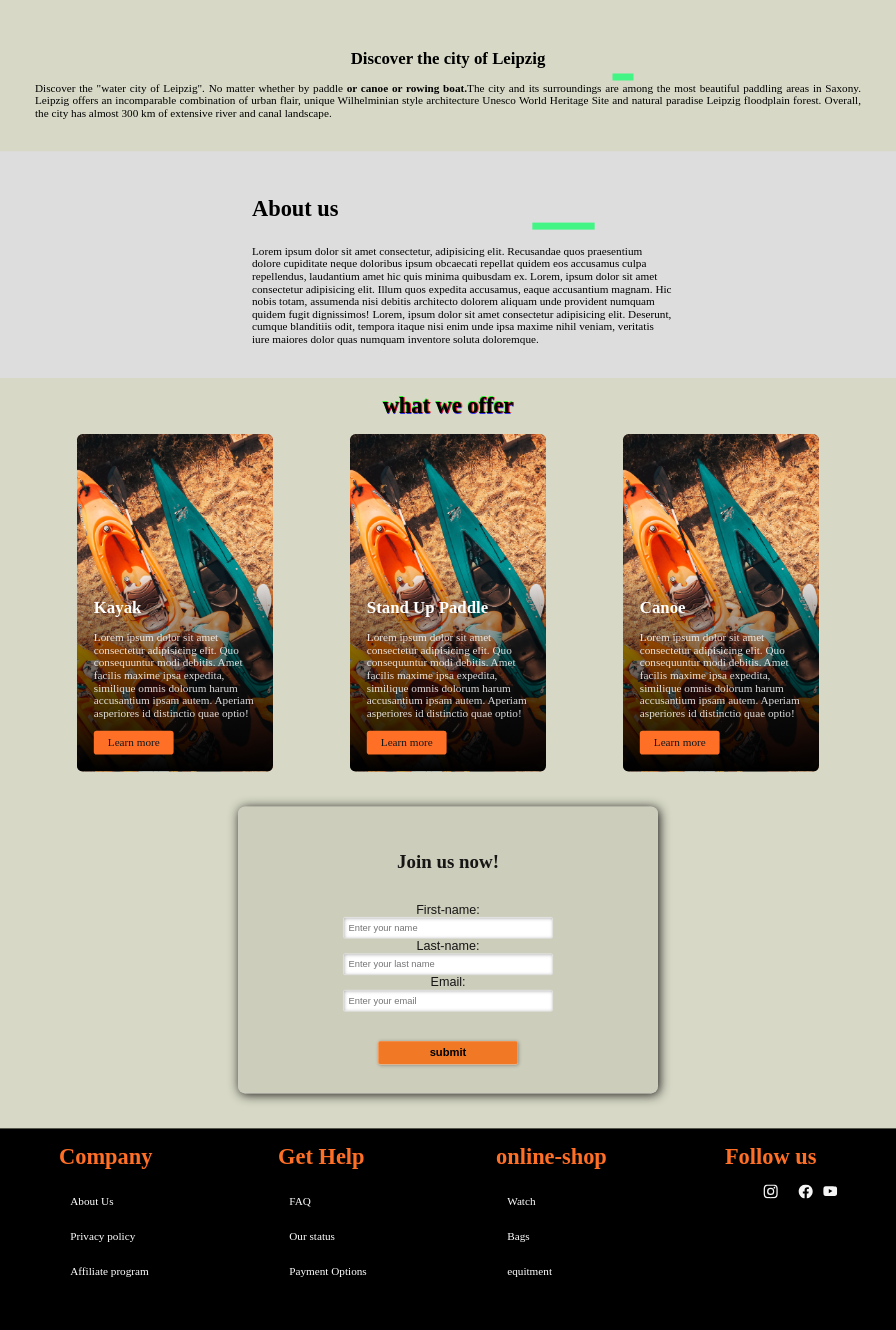
Repository: joseluis2289/Responsive-club-website
Page: index.html
These files come from the project's save history. The page is drawn as it stood at one moment and after the next save; the edit follows.
The browser window is 1280 px wide. The pictures show the part of the page from y = 770 to 2670 px (the page is 2671 px tall), at 70% of full size.
Some web fonts or font styles are not loaded; a fallback is used.

Above is the page before, as saved 2021-08-25 10:22:04.

### index.html
<!DOCTYPE html>
<html lang="en">
<head>
    <meta charset="UTF-8">
    <meta http-equiv="X-UA-Compatible" content="IE=edge">
    <meta name="viewport" content="width=device-width, initial-scale=1.0">
    <link rel="stylesheet" href="style.css">
    <link rel="preconnect" href="https://fonts.googleapis.com">
<link rel="preconnect" href="https://fonts.gstatic.com" crossorigin>
<link href="https://fonts.googleapis.com/css2?family=Rampart+One&display=swap" rel="stylesheet">
    <script src="script.js" defer></script>
    <title>Responsive-Club-website</title>
</head>
<body>

    <nav class="navbar">
        <!-- hamburger toggle -->
        <div class="brand-title">kayaklub</div>
        <a href="#" class="toggle-button">
            <span class="bar"></span>
            <span class="bar"></span>
            <span class="bar"></span>
        </a>

        <div class="nav-links">
            <ul>
                <li><a href="#">Home</a></li>
                <li><a href="#">About</a></li>
                <li><a href="#">Contact</a></li>
            </ul>
        </div>
    </nav>
<div class="banner"></div>

<section class="welcome">
    <h1 class="discover-title">Discover the city of Leipzig</h1>
    <p class="p-discover">Discover the "water city of Leipzig". No matter whether by paddle <strong>or canoe or rowing boat.</strong>The city and its surroundings are among the most beautiful paddling areas in Saxony. Leipzig offers an incomparable combination of urban flair, unique Wilhelminian style architecture Unesco World Heritage Site and natural paradise Leipzig floodplain forest. Overall, the city has almost 300 km of extensive river and canal landscape.</p>

</section>

<!-- about us section -->
<div class="grid-container-about">
    <div class="logo"></div>
    <!-- <img class="grid-item-img" src="./Cosmetics Discount Sale Landscape Banner.png" alt="about"> -->
    <div class="grid-item-text"><h1><a class="aboutUs-title" href="#">About us</a></h1><p class="aboutUs-text"> Lorem ipsum dolor sit amet consectetur, adipisicing elit. Recusandae quos praesentium dolore cupiditate neque doloribus ipsum obcaecati repellat quidem eos accusamus culpa repellendus, laudantium amet hic quis minima quibusdam ex. Lorem, ipsum dolor sit amet consectetur adipisicing elit. Illum quos expedita accusamus, eaque accusantium magnam. Hic nobis totam, assumenda nisi debitis architecto dolorem aliquam unde provident numquam quidem fugit dignissimos! Lorem, ipsum dolor sit amet consectetur adipisicing elit. Deserunt, cumque blanditiis odit, tempora itaque nisi enim unde ipsa maxime nihil veniam, veritatis iure maiores dolor quas numquam inventore soluta doloremque.</p></div>
</div>



<h1 class="tittle-what-we-offer">what we offer</h1>
<div class="card-container">
    <div class="card">
        <div class="card-content">
        <h2 class="card-title">Kayak</h2>
        <p class="card-body">Lorem ipsum dolor sit amet consectetur adipisicing elit. Quo consequuntur modi debitis. Amet facilis maxime ipsa expedita, similique omnis dolorum harum accusantium ipsam autem. Aperiam asperiores id distinctio quae optio!</p>
        <a href="#" class="button">Learn more</a>
    </div>
    </div>

    <div class="card">
        <div class="card-content">
        <h2 class="card-title"> Stand Up Paddle</h2>
        <p class="card-body">Lorem ipsum dolor sit amet consectetur adipisicing elit. Quo consequuntur modi debitis. Amet facilis maxime ipsa expedita, similique omnis dolorum harum accusantium ipsam autem. Aperiam asperiores id distinctio quae optio!</p>
        <a href="#" class="button">Learn more</a>
    </div>
    </div>


    <div class="card">
        <div class="card-content">
        <h2 class="card-title">Canoe</h2>
        <p class="card-body">Lorem ipsum dolor sit amet consectetur adipisicing elit. Quo consequuntur modi debitis. Amet facilis maxime ipsa expedita, similique omnis dolorum harum accusantium ipsam autem. Aperiam asperiores id distinctio quae optio!</p>
        <a href="#" class="button">Learn more</a>
    </div>
    </div>

</div>

<section class="register">
    <form id="register" action="#">
        <h2 class="register-title">Join us now!</h2>
        <label for="first-name">First-name:</label>
        <br/>
        <input type="text" name="first-name" id='name' placeholder="Enter your name">
        <br/>
        <label for="last-name">Last-name:</label>
        <br/>
        <input type="text" name="last-name" id="name" placeholder="Enter your last name">
        <br/>
        <label for="email">Email:</label>
        <br/>
        <input type="text" name="email" id="name" placeholder="Enter your email">
        <br/>&nbsp;
        <br/> <br/>
    <input type="submit" value="submit" name="submit" id="submit">
    </form>
</section>

<footer class="footer">
    <div class="footer-sections">
        <div class="company">
            <ul>
                <h1 class="company-title">Company</h1>
                <li><a href="#">About Us</a></li>
                <li><a href="#">Privacy policy</a></li>
                <li><a href="#">Affiliate program</a></li>
            </ul>
        </div>
        <div class="get-help">
            <h1 class="help-title">Get Help</h1>
            <ul>
                <li><a href="#">FAQ</a></li>
                <li><a href="#">Our status</a></li>
                <li><a href="#">Payment Options</a></li>
            </ul>
        </div>
        <div class="online-shop">
            <h1 class="shop-title">online-shop</h1>
            <ul >
                <li><a href="#">Watch</a></li>
                <li><a href="#">Bags</a></li>
                <li><a href="#">equitment</a></li>
            </ul>
        </div>
        <div class="follow-us">
            <h1 class="followUs-title">Follow us</h1>
            <ul class="follow-us-list">

              <li><svg xmlns="http://www.w3.org/2000/svg" width="50" height="20" fill="currentColor" class="bi bi-instagram" viewBox="0 0 16 16">
                <path d="M8 0C5.829 0 5.556.01 4.703.048 3.85.088 3.269.222 2.76.42a3.917 3.917 0 0 0-1.417.923A3.927 3.927 0 0 0 .42 2.76C.222 3.268.087 3.85.048 4.7.01 5.555 0 5.827 0 8.001c0 2.172.01 2.444.048 3.297.04.852.174 1.433.372 1.942.205.526.478.972.923 1.417.444.445.89.719 1.416.923.51.198 1.09.333 1.942.372C5.555 15.99 5.827 16 8 16s2.444-.01 3.298-.048c.851-.04 1.434-.174 1.943-.372a3.916 3.916 0 0 0 1.416-.923c.445-.445.718-.891.923-1.417.197-.509.332-1.09.372-1.942C15.99 10.445 16 10.173 16 8s-.01-2.445-.048-3.299c-.04-.851-.175-1.433-.372-1.941a3.926 3.926 0 0 0-.923-1.417A3.911 3.911 0 0 0 13.24.42c-.51-.198-1.092-.333-1.943-.372C10.443.01 10.172 0 7.998 0h.003zm-.717 1.442h.718c2.136 0 2.389.007 3.232.046.78.035 1.204.166 1.486.275.373.145.64.319.92.599.28.28.453.546.598.92.11.281.24.705.275 1.485.039.843.047 1.096.047 3.231s-.008 2.389-.047 3.232c-.035.78-.166 1.203-.275 1.485a2.47 2.47 0 0 1-.599.919c-.28.28-.546.453-.92.598-.28.11-.704.24-1.485.276-.843.038-1.096.047-3.232.047s-2.39-.009-3.233-.047c-.78-.036-1.203-.166-1.485-.276a2.478 2.478 0 0 1-.92-.598 2.48 2.48 0 0 1-.6-.92c-.109-.281-.24-.705-.275-1.485-.038-.843-.046-1.096-.046-3.233 0-2.136.008-2.388.046-3.231.036-.78.166-1.204.276-1.486.145-.373.319-.64.599-.92.28-.28.546-.453.92-.598.282-.11.705-.24 1.485-.276.738-.034 1.024-.044 2.515-.045v.002zm4.988 1.328a.96.96 0 1 0 0 1.92.96.96 0 0 0 0-1.92zm-4.27 1.122a4.109 4.109 0 1 0 0 8.217 4.109 4.109 0 0 0 0-8.217zm0 1.441a2.667 2.667 0 1 1 0 5.334 2.667 2.667 0 0 1 0-5.334z"/>
              </svg></li>
              <li>

                  <svg xmlns="http://www.w3.org/2000/svg" width="50" height="20" fill="currentColor" class="bi bi-facebook" viewBox="0 0 16 16">
                    <path d="M16 8.049c0-4.446-3.582-8.05-8-8.05C3.58 0-.002 3.603-.002 8.05c0 4.017 2.926 7.347 6.75 7.951v-5.625h-2.03V8.05H6.75V6.275c0-2.017 1.195-3.131 3.022-3.131.876 0 1.791.157 1.791.157v1.98h-1.009c-.993 0-1.303.621-1.303 1.258v1.51h2.218l-.354 2.326H9.25V16c3.824-.604 6.75-3.934 6.75-7.951z"/>
                  </svg>
              </li>
              <li>

                  <svg xmlns="http://www.w3.org/2000/svg" width="20" height="20" fill="currentColor" class="bi bi-youtube" viewBox="0 0 16 16">
                    <path d="M8.051 1.999h.089c.822.003 4.987.033 6.11.335a2.01 2.01 0 0 1 1.415 1.42c.101.38.172.883.22 1.402l.01.104.022.26.008.104c.065.914.073 1.77.074 1.957v.075c-.001.194-.01 1.108-.082 2.06l-.008.105-.009.104c-.05.572-.124 1.14-.235 1.558a2.007 2.007 0 0 1-1.415 1.42c-1.16.312-5.569.334-6.18.335h-.142c-.309 0-1.587-.006-2.927-.052l-.17-.006-.087-.004-.171-.007-.171-.007c-1.11-.049-2.167-.128-2.654-.26a2.007 2.007 0 0 1-1.415-1.419c-.111-.417-.185-.986-.235-1.558L.09 9.82l-.008-.104A31.4 31.4 0 0 1 0 7.68v-.123c.002-.215.01-.958.064-1.778l.007-.103.003-.052.008-.104.022-.26.01-.104c.048-.519.119-1.023.22-1.402a2.007 2.007 0 0 1 1.415-1.42c.487-.13 1.544-.21 2.654-.26l.17-.007.172-.006.086-.003.171-.007A99.788 99.788 0 0 1 7.858 2h.193zM6.4 5.209v4.818l4.157-2.408L6.4 5.209z"/>
                  </svg>
              </li>
            </ul>
        </div>
    </div>
</footer>
</body>
</html>

### style.css
:root{
    --clr-neutral-900: hsl(207,19%,9%);
    --crl-neutral-100: hsl(0,0%,100%);
    --crl-accent-400: hsl(142, 90%, 61%);
    --crl-accent-300: hsl(20.18, 100%, 57.45%);

}

*,
*::before,
*::after {
    box-sizing: border-box;
}


*{
    box-sizing: border-box;
}

body{
    margin: 0;
    border: 0;
    background-color:#D7D9C6;
}

.navbar{
    display: flex;
    justify-content: space-between;
    align-items: center;
    background-color: #333;
    color: white;
    font-family: 'Poppins', sans-serif;

}

.brand-title{
    font-size: 1.6rem;
    margin: .5rem;
    text-transform: uppercase;
    letter-spacing: 4px;
    -webkit-box-shadow: 0 10px 6px -6px rgb(80, 73, 73);
    -moz-box-shadow:0 10px 6px -6px rgb(114, 110, 110);
    box-shadow: 0 10px 6px -6px rgb(136, 133, 133);
    border-radius:10px;
}

.nav-links ul {
    margin: 0;
    padding: 0;
    display: flex;
}
.nav-links li {
    list-style: none;
}

.nav-links li a {
    text-decoration: none;
    color: white;
    padding: 1rem;
    display: block;
}
.nav-links li:hover{
    background-color:#555;
}

.toggle-button {
    position: absolute;
    top: .75rem;
    right: 1rem;
    display: none;
    flex-direction: column;
    justify-content: space-between;
    width: 30px;
    height: 22px;
}

.toggle-button .bar {
    height: 3px;
    width: 100%;
    background-color: white;
    border-radius: 10px;
}

.banner{
    background-image: url("/Cosmetics\ Discount\ Sale\ Landscape\ Banner.png");
    background-repeat: no-repeat;
    background-position: cover;
    background-size: 100% 100vh;
    height: 100vh;
}

/* discover the city of Leipzig */
.welcome{
    text-align: center;
    height: 30vh;
    width:auto;
    margin: auto;
    padding: 50px;

}
.p-discover{
    text-align: justify;
    text-justify: inter-word;



}
.discover-title{
    display: block;
    position: relative;
    cursor: pointer;
    font-family: 'Rampart One', cursive;
}
.discover-title::after{
    content:"";
    position: absolute;
    left: 690px;
    background: var(--crl-accent-400);
    display: block;
    border: 0;
    margin: 0.5rem 0;
    width:300px;
    height: 10px;
    transform: scaleX(0.1);
    transition: transform 0.4s ease;

}

.discover-title:hover:after,
.discover-title:active:after{
    transform: scaleX(1);
    transform-origin: left;
    transition: transform 0.5s ease;
}


.grid-container-about{
    background-color: #ddd;
    display: grid;
    grid-template-columns: auto auto;
    padding: 30px;
    column-gap: 40px;

}
.grid-item-img{
    margin: 0 0 0 auto;
    width: 500px;
    height: 40vh;
    border-radius:10px;

}
.aboutUs-text{
    width: 600px;
}

/* about us  */

.aboutUs-title{
    font-family: 'Rampart One', cursive;
color: #000;
text-decoration: none;
border: 0;
margin: 0.5rem 0;
line-height: 1.9;
display: block;
position: relative;
}

.aboutUs-title:after{
    position: absolute;
    content: "";
    background: var(--crl-accent-400);
    display: block;
    left:0;
    bottom:0;
    line-height: 1.4;
    width:100%;
    height: 10px;
    transform: scaleX(0.1);
    transition: transform 0.4s ease;

}

.aboutUs-title:hover:after,
.aboutUs-title:active:after{
    transform: scaleX(1);
    transform-origin: left bottom;
    transition: transform 0.5s ease;
}


/* what we offer cards */
/* .tittle-what-we-offer{
    color: #000;
text-decoration: none;
border: 0;
margin: 2rem 0;
line-height: 1.9;
display: block;
position: relative;
}
.tittle-what-we-offer::after{
    position: absolute;
    content: "";
    background: var(--crl-accent-400);
    display: block;
    left:800px;
    bottom:0;
    line-height: 1.4;
    width:200px;
    height: 10px;
    transform: scaleX(0.5);
    transition: transform 0.4s ease;
}
.tittle-what-we-offer:hover:after,
.tittle-what-we-offer:active:after{
    transform: scaleX(1);
    transform-origin: left bottom;
    transition: transform 0.5s ease;
} */


.tittle-what-we-offer {
    text-align: center;
     font-family: 'Rampart One', cursive;
    font-size: 2rem;
    /* text-transform: uppercase; */

    text-shadow: 0.05em 0 0 rgba(255, 0,0, 0.75),
    -0.025em -0.05em 0 rgba(0, 255, 0, 0.75),
    0.025em 0.05em 0 rgba(0, 0, 255, 0.75);
    animation: glitch 2500ms infinite;
}

@keyframes glitch {
    0%{
        text-shadow: 0.05em 0 0 rgba(255, 0,0, 0.75),
        -0.025em -0.05em 0 rgba(0, 255, 0, 0.75),
        0.025em 0.05em 0 rgba(0, 0, 255, 0.75);
    }
    15%{
        text-shadow: 0.05em 0 0 rgba(255, 0,0, 0.75),
        -0.025em -0.05em 0 rgba(0, 255, 0, 0.75),
        0.025em 0.05em 0 rgba(0, 0, 255, 0.75);
    }

    49%{
        /* text-shadow: -0.05em -0.025 rgba(255, 0,0, 0.75),
        0.025em 0.05em 0 rgba(0, 255, 0, 0.75),
        -0.025em -0.05em 0 rgba(0, 0, 255, 0.75); */
        text-shadow: 0.05em 0 0 rgba(255, 0,0, 0.75),
        -0.025em -0.05em 0 rgba(0, 255, 0, 0.75),
        0.025em 0.05em 0 rgba(0, 0, 255, 0.75);
    }
    50%{
        /* text-shadow: 0.025em 0.05em 0 rgba(255, 0,0, 0.75),
        0.05em 0 0 rgba(0, 255, 0, 0.75),
        0 -0.05em 0 rgba(0, 0, 255, 0.75); */
        text-shadow: 0.05em 0 0 rgba(255, 0,0, 0.75),
        -0.025em -0.05em 0 rgba(0, 255, 0, 0.75),
        0.025em 0.05em 0 rgba(0, 0, 255, 0.75);
    }
    99%{
        text-shadow: 0.025em 0.05em 0 rgba(255, 0,0, 0.75),
        0.05em 0 0 rgba(0, 255, 0, 0.75),
        0 -0.05em 0 rgba(0, 0, 255, 0.75);
    }
    100%{
        text-shadow: 0.05em 0 0 rgba(255, 0,0, 0.75),
        -0.025em -0.05em 0 rgba(0, 255, 0, 0.75),
        0.025em 0.05em 0 rgba(0, 0, 255, 0.75);
    }
}

.card-container{
    display: flex;
    justify-content: space-evenly;
    width: 100%;

}

.card{

    color: var(--crl-neutral-100);
    background-image: url(./we-offer.jpg);
    background-size: cover;
    padding: 12rem 0 0;
    /* ch is 35 character wide */
    max-width: 35ch;
    border-radius: 0.5rem;
    overflow: hidden;
    transition: transform 500ms ease;

}

.card:hover{
    transform: scale(1.05);
}



.card-content{
    /* this variable only exist within the card content */
    --padding: 1.5rem;
    padding: var(--padding);
    /* here im appying some saturation and opacity of the backgroud card in order to kind of fade it out */
    background: linear-gradient(
        hsl(0 0% 0% / 0),
        hsl(0 0% 0% / 0.3) 20%,
        hsl(0 0% 0% / 1)
    );
}

.card-title{
    position: relative;
    /* max-content it line up the with of the title */
    width: max-content;


}

.card-title::after{
    content:"";
    position: absolute;
    height: 4px;
    /* here I'm moving the green bar to the left in order to animate */
    left: calc(var(--padding) * -1 );
    bottom: 0;
    width: calc(100% + var(--padding));
    background: var(--crl-accent-400);
    /* here I'm animating the green bar from left to right */
    transform-origin: left;
    transform: scaleX(0);
    transition: transform 500ms ease;
}

.card:hover .card-title::after{
    transform: scaleX(1);
}

.card-body{
    color: rgb(255 255 255 / 0.85);
}

.button{
    cursor:pointer;
    display: inline-block;
    padding: 0.5em 1.3em;
    text-decoration: none;
    color: var(--clr-neutral-900);
    background-color: var(--crl-accent-300);
    padding: 0.5em 1.25em;
    border-radius: 0.25em;
}


.button:hover,
.button:focus {
    background-color: var(--crl-neutral-100);
}

/* register */
.register-title{
    font-family: 'Rampart One', cursive;
    text-align: center;
    padding: 20px;

}
#register{

    background-color:rgba(0, 0, 0, 0.05);
    width: 600px;
    font-size: 18px;
    border-radius:10px;
    border:1px solid rgba(214, 210, 210, 0.3);
    box-shadow: 2px 2px 15px;
    color:rgb(24, 21, 21);
    margin: 50px auto;
    text-align: center;
    padding: 20px;
    transition: transform 500ms ease;

}
#register:hover{
    transform: scale(1.05);

    transition: 0.3s;
}
label{
    font-family:'Poppins', sans-serif;
    font-size: 18px;
}
input#name{
    width: 300px;
    border: 1px solid #ddd;
    border-radius: 3px;
    outline: 0;
    padding: 7px;
    background-color: #fff;
    box-shadow: inset 1px 1px 5px
    rgba(0,0,0,0.3);
}


input#submit{
    width: 200px;
    padding: 7px;
    font-size: 16px;
    font-family: sans-serif;
    font-weight: 600;
    border: none;
    border-radius:3px;
    background-color:rgba(250, 100, 0, 0.8);
    color:black;
    cursor:pointer;
    border:1px solid rgba(255, 255, 255, 0.3);
    box-shadow: 1px 1px 5px rgba(0, 0, 0, 0.3);
    margin-bottom: 20px;
}

input#submit:hover,
input#submit:focus {
    background-color: var(--crl-neutral-100);
}


/* footer */
.footer{
    width: 100%;
    height: 40vh;
    background-color:#000;
    color:whitesmoke;
}
.footer-sections{
    display: flex;
    justify-content: space-around;

}
.company-title{
    color:var(--crl-accent-300);
}
.company ul{
    margin: 0;
    padding: 0;
}
.company li{
    list-style: none;
}
.company li a {
    text-decoration: none;
    color: white;
    padding: 1rem;
    display: block;
}
.help-title{
    color:var(--crl-accent-300);
}
.get-help ul{
    margin: 0;
    padding: 0;
}

.get-help li{
    list-style: none;
}
.get-help li a {
    text-decoration: none;
    color: white;
    padding: 1rem;
    display: block;
}

.shop-title{
    color: var(--crl-accent-300);
}

.online-shop ul{
    margin: 0;
    padding: 0;
}
.online-shop li{
    list-style: none;
}

.online-shop li a {
    text-decoration: none;
    color: white;
    padding: 1rem;
    display: block;
}

.followUs-title{
    color:var(--crl-accent-300);
}
.follow-us-list{
    display: flex;

}
.follow-us-list li{
    list-style: none;
}

 @media(min-width: 320px) and (max-width: 600px){

   .toggle-button{
        display: flex;
    }

    .nav-links{
        display: none;
        width: 100%;
    }

    .navbar{
        flex-direction: column;
        align-items: flex-start;
        width: 100%;
    }

    .nav-links ul {
        width: 100%;
        flex-direction: column;

    }
    .nav-links li {
        text-align: center;
    }
    .nav-links li a {
        padding: .5rem 1rem;
    }
    .nav-links.active{
        display: flex;

    }


    .banner{
        background-image: url("/Cosmetics\ Discount\ Sale\ Landscape\ Banner.png");
        background-repeat: no-repeat;
        background-position: cover;
        background-size: 100% 100vh;
        height: 80vh;
        width: 100%;
    }
    .discover-title::after{
        left: 20px;
    }

    .p-discover{
        text-align: justify;
        text-justify: inter-word;
        padding: 20px;

    }
    .grid-container-about{
        margin: 160px 0 0px 0px;
        background-color: #ddd;
        display: grid;
        grid-template-columns: 1fr;

    }
    .grid-item-img{
         width:auto;
         margin: 40px auto 0 0;
    }

    .aboutUs-title{
        padding: 10px;
    }
    .aboutUs-text{
        text-align: justify;
        text-justify: inter-word;
        width: 370px;
        padding: 10px;

    }
    .card-container{
        display: flex;
        flex-direction: column;


    }
    .card{
        margin: 20px auto;
    }


    #register{
        width: 300px;
    }

    input#name{
        width: 200px;
    }
    .footer{
        width: 100%;
        height: 160vh;
        background-color:#000;
        color:var(--clr-neutral-900);
    }
    .footer-sections{
        display: flex;
        flex-direction: column;
        align-items: center;
        justify-content: center;


    }


}



@media (min-width: 601px) and (max-width: 767px){
    .navbar{
        width: 100%;
        flex-direction: row;
        justify-content: space-around;
        align-content: center;
    }
    .banner{
        background-image: url("/Cosmetics\ Discount\ Sale\ Landscape\ Banner.png");
        background-repeat: no-repeat;
        background-position:cover;
        background-size: 100% 100vh;
        height: 100vh;
        width: 100%;
    }

    .discover-title::after{
        left: 260px;
        margin: 0 0 30px;

    }
    .discover-title{
        width: 800px;
        text-align: center;
    }
    .p-discover{
        text-align: justify;
        text-justify: inter-word;
        width: 700px;
        padding: 0.7em 5em;
        margin:20px 0 0 60px;
        font-size: 20px;

    }
    .grid-container-about{
        width: 800px;
        margin: 150px 0;
        background-color: #ddd;
        display: grid;
        grid-template-columns: 1fr;
        padding: 90px;
    }
    .aboutUs-text{
        text-align: justify;
        text-justify: inter-word;
        width: 550px;
    }
    .card-container{
        display: flex;
        flex-direction: column;
    }
   .card{
  font-size: larger;
   margin: 0 0 30px 100px;

   }
   #register{
   font-size: 30px;
   margin:10px auto 25px 70px;

}

input#name{
    width: 300px;

}
label{
    font-family:'Poppins', sans-serif;

}

.footer{
    width: 100%;
    height: 100vh;
    background-color:#000;
    color:var(--clr-neutral-900);
}
.footer-sections{
    display: flex;
    flex-direction: column;
    align-items: center;
    justify-content: center;
}
}

@media (min-width: 768px) and (max-width: 1024px){

    .discover-title::after{
        left: 250px;
        margin: 0 0 30px;

    }
    .discover-title{
        width: 800px;
        text-align: center;
    }
    .p-discover{
        text-align: justify;
        text-justify: inter-word;
        width: 790px;
        padding: 0.7em 5em;
        margin:20px 0 0 10px;
        font-size: 20px;

    }

    .grid-container-about{


        background-color: #ddd;
        display: grid;
        grid-template-columns: 1fr 1fr;

    }
.grid-item-text{
    margin: 0 0 0 30px;
}

.card-container{
    display: flex;

    justify-content: space-between;

}
.card{
    margin: 0 10px 0px 30px;
}
.footer{
    width: 100%;
    height: 100vh;
    background-color:#000;
    color:var(--clr-neutral-900);
}
.footer-sections{
    display: flex;
    flex-direction: row;
    align-items: center;
    justify-content: center;
}

}

Loaded but not shown: script.js (8 lines, source omitted)

After the next save:
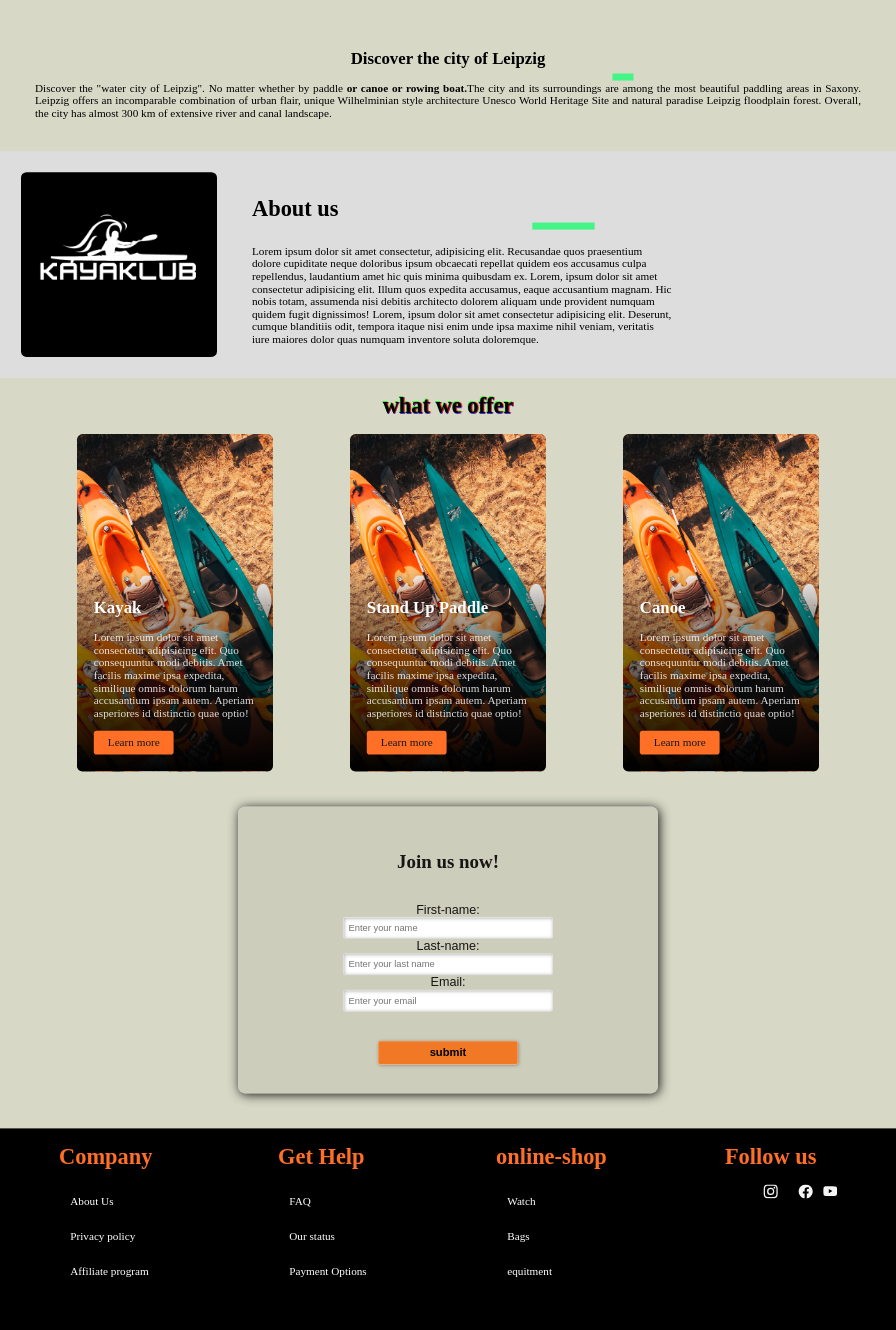
Saved 99 s later.
--- a/style.css
+++ b/style.css
@@ -142,12 +142,21 @@ body{
     column-gap: 40px;
 
 }
-.grid-item-img{
+/* .grid-item-img{
     margin: 0 0 0 auto;
     width: 500px;
     height: 40vh;
     border-radius:10px;
 
+} */
+
+.logo{
+    background-image: url(./logo.png);
+    background-size: cover;
+    padding: 12rem 0 0;
+    /* ch is 35 character wide */
+    max-width: 35ch;
+    border-radius: 0.5rem;
 }
 .aboutUs-text{
     width: 600px;
